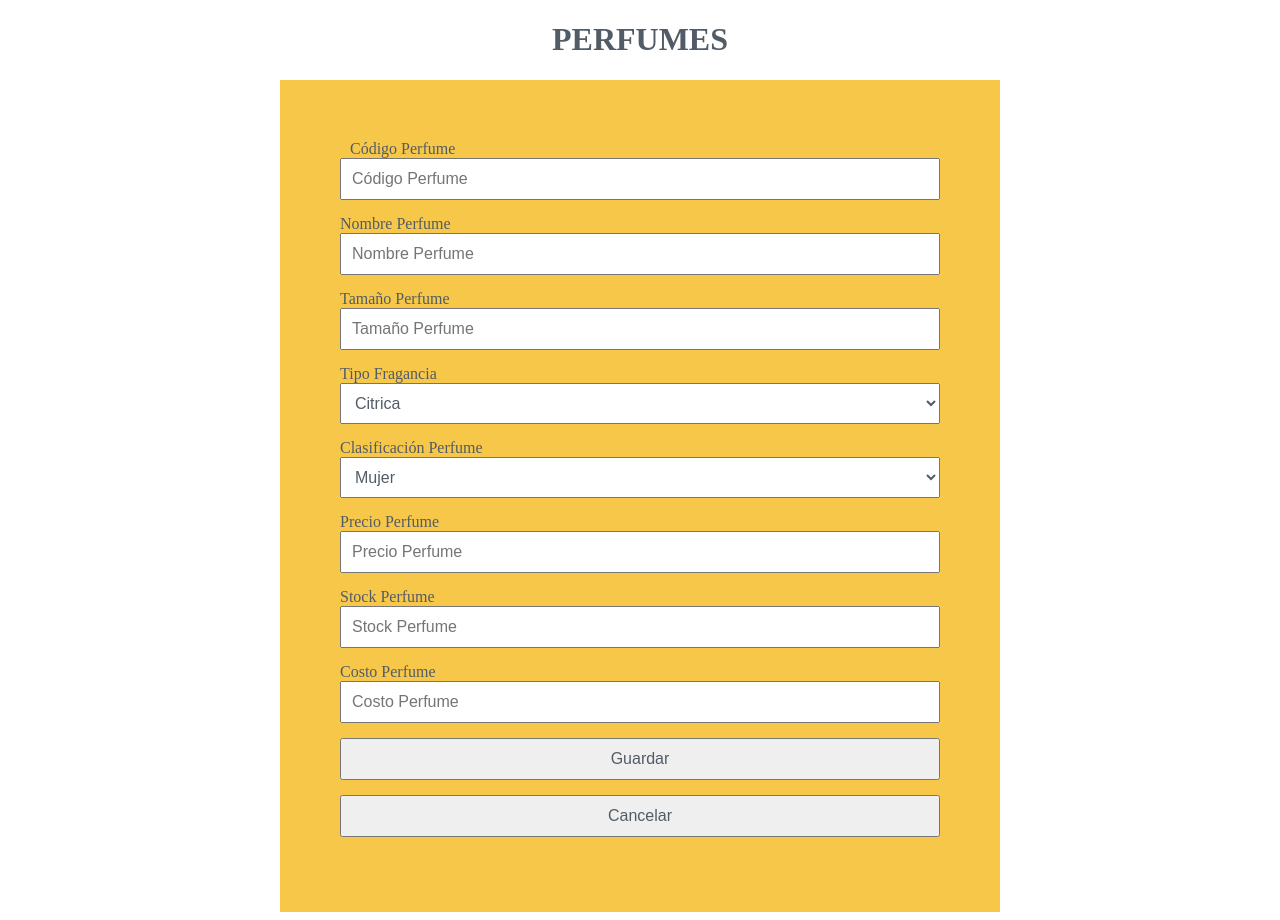
Repository: alejamorenovallejo/arosmile
Page: perfume.html
An editor plug-in stored every save of this project. The page is shown before and after a run of saves, followed by the edit.
The browser window is 1280 px wide. The pictures show the whole page.

Above is the page before, as saved 2021-09-12 02:23:18.
Not found: main.js

After the next 2 saves:
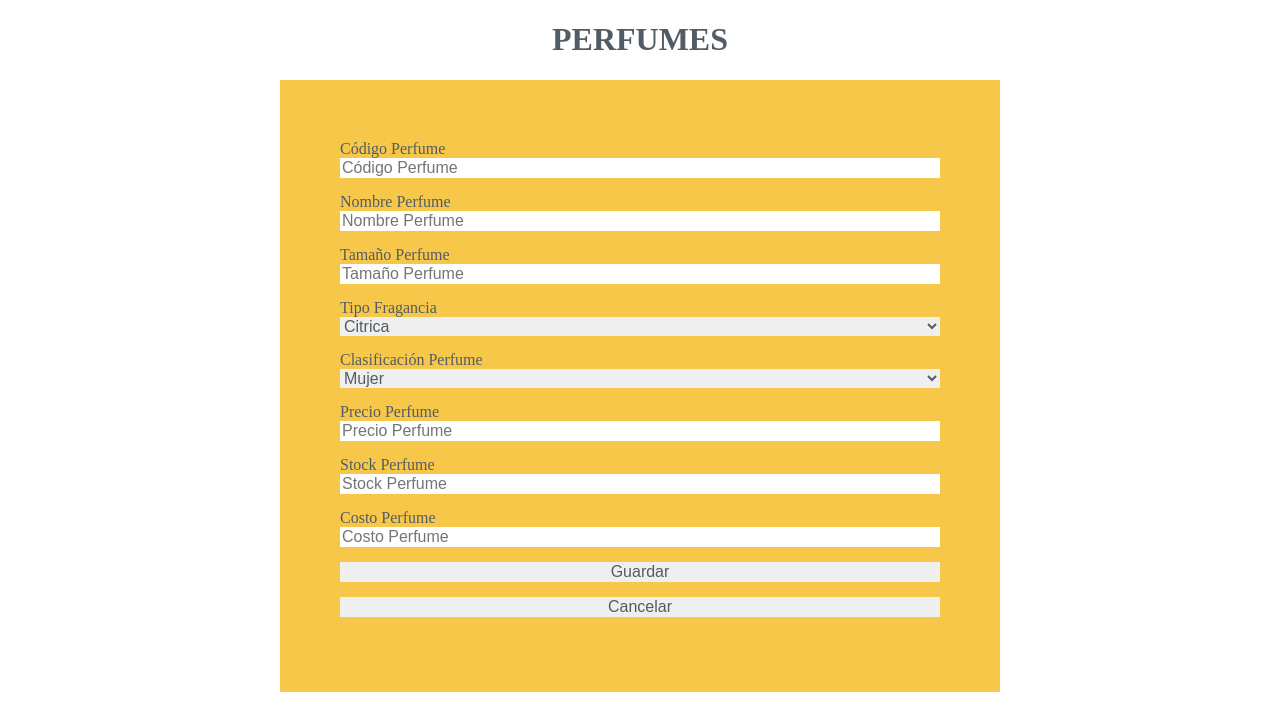
The 2 saves are shown as one change because they came seconds apart.
The last was saved 11 s later.
--- a/css/style.css
+++ b/css/style.css
@@ -7,8 +7,8 @@ form {
 form input, form select,form label{
     margin-bottom: 15px;
     width: 100%;
-    padding: 10px;
     box-sizing: border-box;
+    border: none;
     color: #525c66;
     font-size: 1em;
 }
